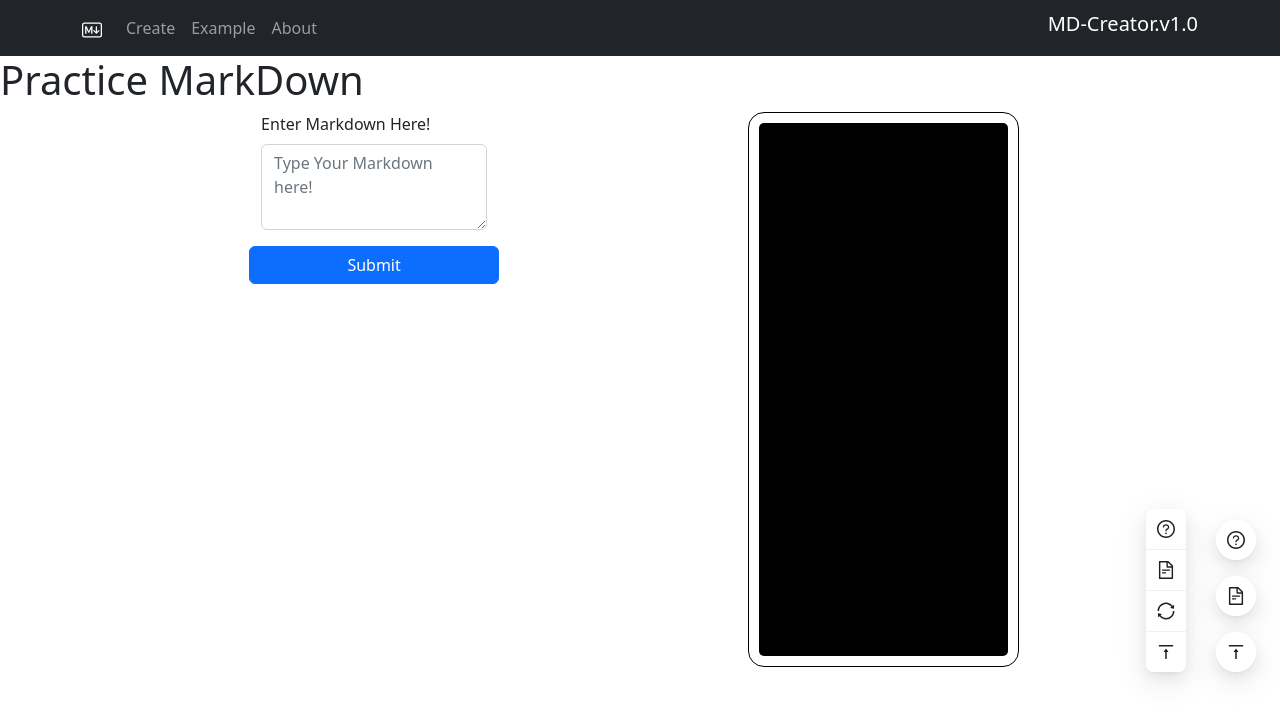
Repository: devkthines/md-editor
Page: /edit
These files come from the project's save history. The page is drawn as it stood at one moment and after a run of saves; the edit follows.
The browser window is 1280 px wide. The pictures show the whole page.
The project was rebuilt for these pictures with package versions that can differ from the ones it lists, and the page was loaded fresh each time. Also part of the build but not shown: src/pages/preview.js, src/pages/home.js.

Above is the page before, as saved 2023-12-06 21:28:00.

After the next 2 saves:
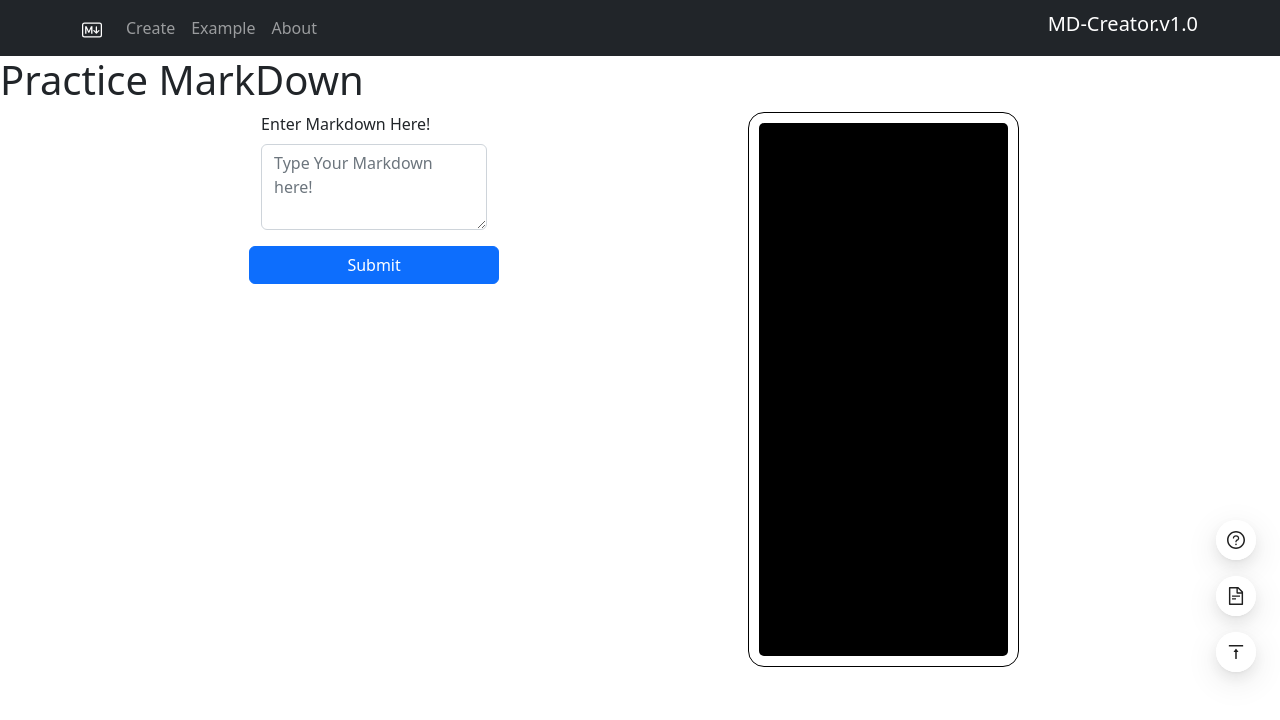
The 2 saves are shown as one change because 1 did not build or start.
The last was saved 54 s later.
--- a/src/pages/editor.js
+++ b/src/pages/editor.js
@@ -19,18 +19,7 @@ const App = () => (
       <FloatButton />
       <FloatButton.BackTop visibilityHeight={0} />
     </FloatButton.Group>
-    <FloatButton.Group
-      shape="square"
-      style={{
-        right: 94,
-      }}
-    >
-      <FloatButton icon={<QuestionCircleOutlined />} />
-      <FloatButton />
-      <FloatButton icon={<SyncOutlined />} />
-      <FloatButton.BackTop visibilityHeight={0} />
-    </FloatButton.Group>
-  </>
+    </>
 );
 
 
